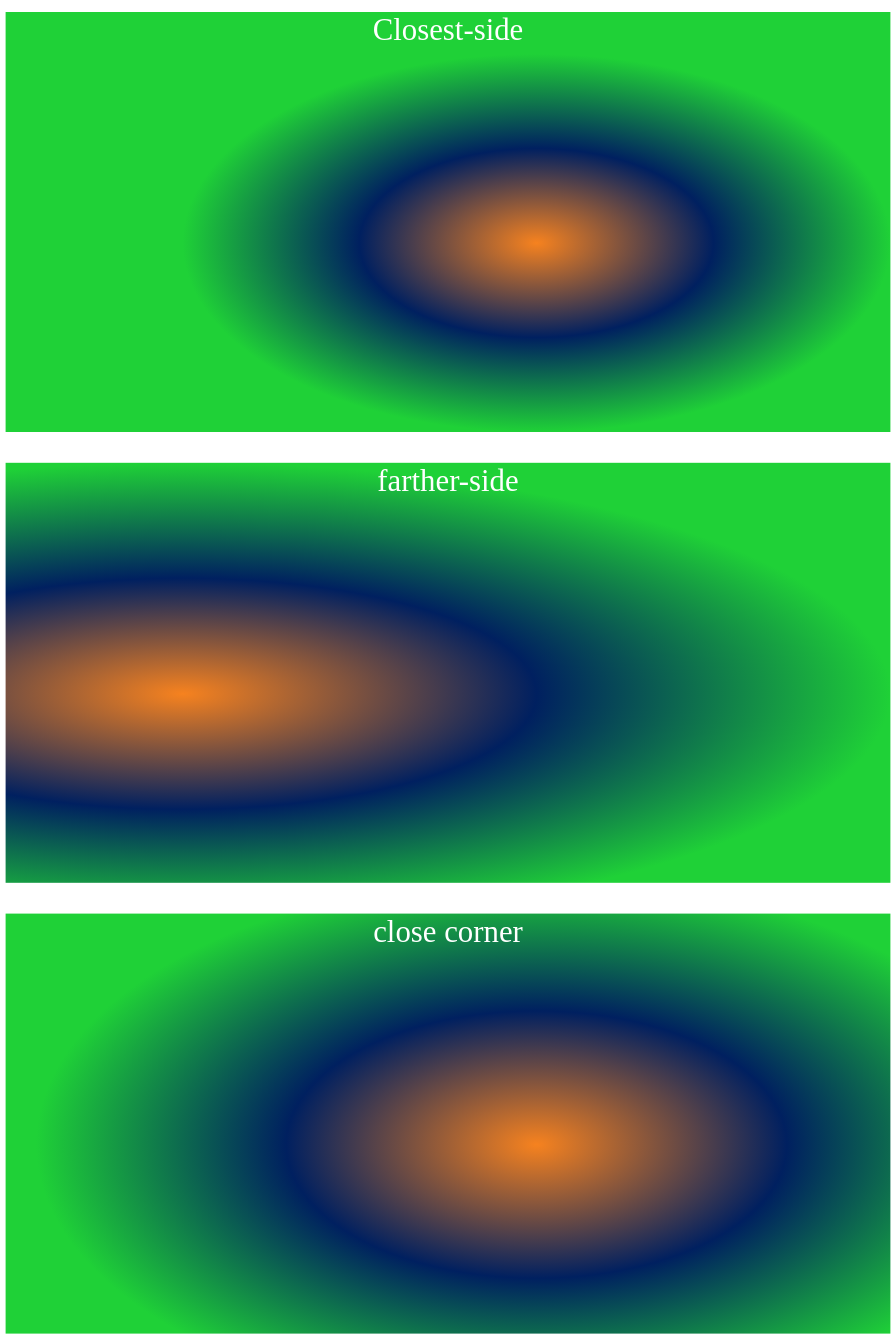
Repository: Pema-yangki/Css
Page: color.html
These files come from the project's save history. The page is drawn as it stood at one moment and after the next save; the edit follows.
The browser window is 1280 px wide. The pictures show the part of the page from y = 2063 to 3983 px (the page is 4620 px tall), at 70% of full size.

Above is the page before, as saved 2024-03-27 10:27:56.

After the next save:
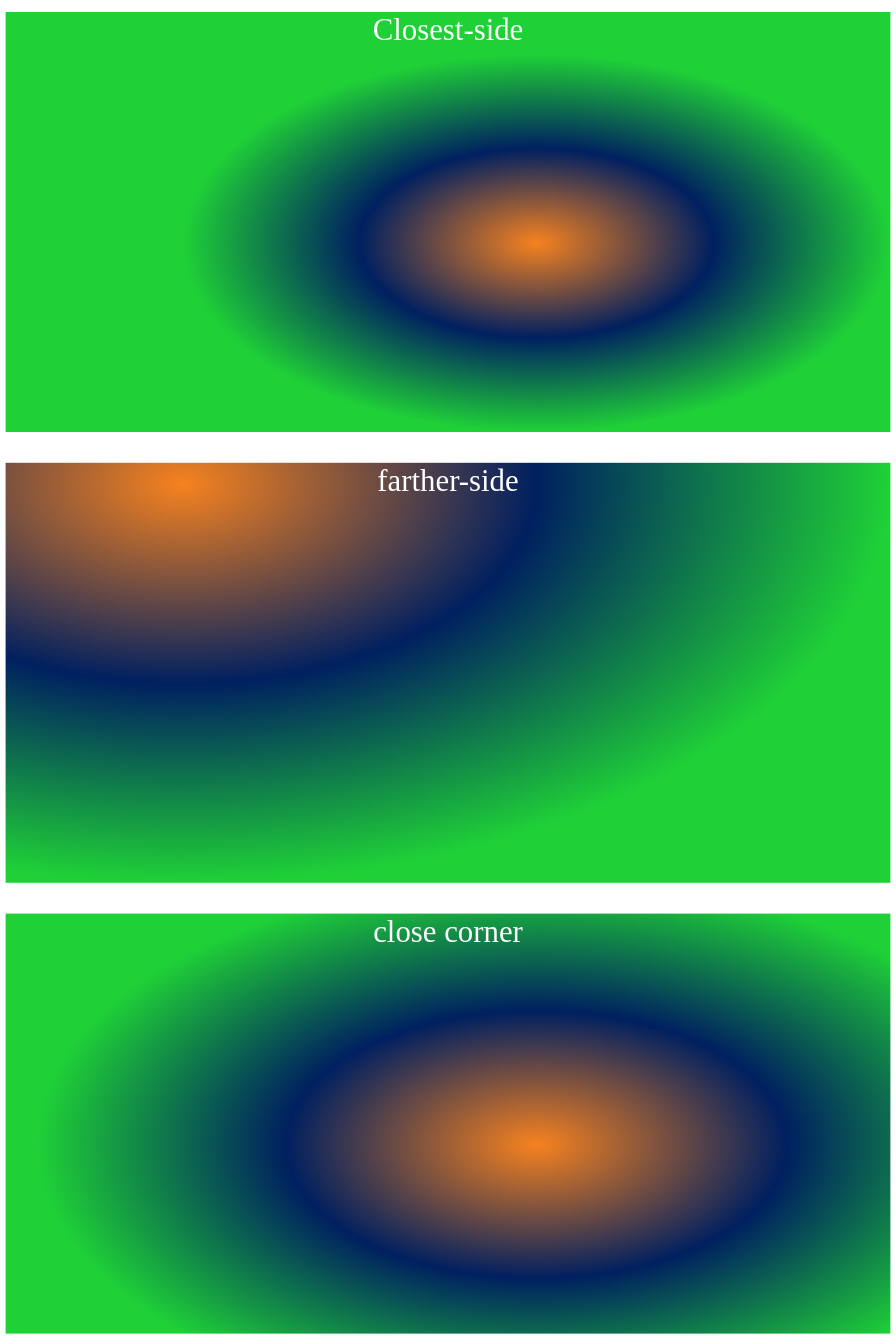
Saved 11 s later.
--- a/color.html
+++ b/color.html
@@ -92,7 +92,7 @@ height: 600px;
 .farther {
     background-image:
 radial-gradient(farthest-side at 20%
-55%,#f6821f,#002060,#1fd137);
+5%,#f6821f,#002060,#1fd137);
 height: 600px;
 }
 .closestcorner{
